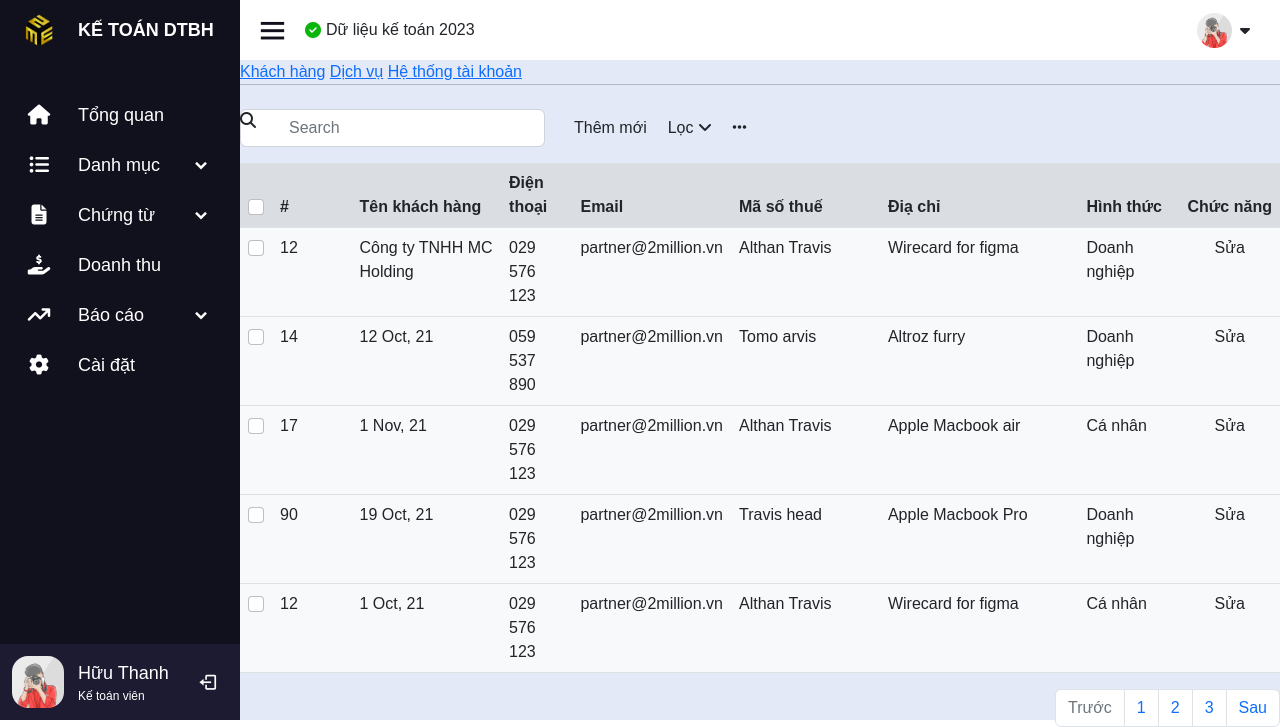
Repository: huuthanhdev/PhanMemKeToan
Page: pages/customer.html
These files come from the project's save history. The page is drawn as it stood at one moment and after the next save; the edit follows.
The browser window is 1280 px wide. The pictures show the whole page.
Some web fonts or font styles are not loaded; a fallback is used. Some web libraries are served in a nearby version.

Above is the page before, as saved 2023-03-24 16:56:48.

### pages/customer.html
<!DOCTYPE html>
  <!-- Coding by CodingLab | www.codinglabweb.com -->
<html lang="en">
<head>
    <meta charset="UTF-8">
    <meta http-equiv="X-UA-Compatible" content="IE=edge">
    <meta name="viewport" content="width=device-width, initial-scale=1.0">
    <link rel="icon" type="png" href="/assets/img/logo 2me.png"/>
    <title>2MILLION</title>
    <!----======== CSS ======== -->
    <link rel="stylesheet" href="/assets/css/style.css">
    <!----===== Boxicons CSS ===== -->
    <link href='https://unpkg.com/boxicons@2.1.1/css/boxicons.min.css' rel='stylesheet'>
    <link rel="stylesheet" href="https://cdnjs.cloudflare.com/ajax/libs/font-awesome/6.1.2/css/all.min.css" integrity="sha512-1sCRPdkRXhBV2PBLUdRb4tMg1w2YPf37qatUFeS7zlBy7jJI8Lf4VHwWfZZfpXtYSLy85pkm9GaYVYMfw5BC1A==" crossorigin="anonymous" referrerpolicy="no-referrer" />
    <!-- bootstrap 5 -->
    <link href="https://cdn.jsdelivr.net/npm/bootstrap@5.2.1/dist/css/bootstrap.min.css" rel="stylesheet"
    integrity="sha384-iYQeCzEYFbKjA/T2uDLTpkwGzCiq6soy8tYaI1GyVh/UjpbCx/TYkiZhlZB6+fzT" crossorigin="anonymous">

</head>
<body>
    <div class="sidebar">
        <div class="logo-details">
          <!-- <i class='bx bxl-c-plus-plus'></i> -->
          <img src="../assets/img/logo 2me.png" alt="" class="logo-img">
          <span class="logo_name">KẾ TOÁN DTBH</span>
        </div>
        <ul class="nav-links">
          <li class="nav-item">
            <a href="../pages/overview.html">
              <i class='fa-solid fa-house'></i>
              <span class="link_name">Tổng quan</span>
            </a>
            <ul class="sub-menu blank">
              <li><a class="link_name" href="../pages/overview.html">Tổng quan</a></li>
            </ul>
          </li>
          <li class="nav-item active">
            <div class="icon-link">
              <a href="../pages/customer.html">
                <i class='fa-solid fa-list-ul' ></i>
                <span class="link_name">Danh mục</span>
              </a>
              <i class='bx bxs-chevron-down arrow' ></i>
            </div>
            <ul class="sub-menu">
              <li><a class="link_name" href="#">Danh mục</a></li>
              <li><a href="../pages/customer.html">Khách hàng</a></li>
              <li><a href="../pages/service.html">Dịch vụ</a></li>
              <li><a href="../pages/account.html">Tài khoản</a></li>
            </ul>
          </li>

          <li class="nav-item">
            <div class="icon-link">
              <a href="#">
                <i class='fa-solid fa-file-lines' ></i>
                <span class="link_name">Chứng từ</span>
              </a>
              <i class='bx bxs-chevron-down arrow' ></i>
            </div>
            <ul class="sub-menu">
              <li><a class="link_name" href="#">Chứng từ</a></li>
              <li><a href="#">Hóa đơn GTGT</a></li>
              <li><a href="#">Phiếu giảm giá HB</a></li>
            </ul>
          </li>

          <li class="nav-item">
            <a href="#">
              <i class='fa-solid fa-hand-holding-dollar' ></i>
              <span class="link_name">Doanh thu</span>
            </a>
            <ul class="sub-menu blank">
              <li><a class="link_name" href="#">Doanh thu</a></li>
            </ul>
          </li>

          <li class="nav-item">
            <div class="icon-link">
              <a href="#">
                <i class='fa-solid fa-arrow-trend-up' ></i>
                <span class="link_name">Báo cáo</span>
              </a>
              <i class='bx bxs-chevron-down arrow' ></i>
            </div>
            <ul class="sub-menu">
              <li><a class="link_name" href="#">Báo cáo</a></li>
              <li><a href="#">Doanh thu theo KH</a></li>
              <li><a href="#">Doanh thu theo DV</a></li>
              <li><a href="#">Tổng hợp Doanh thu</a></li>
              <li><a href="#">Giảm trừ Doanh thu</a></li>
            </ul>
          </li>

          <li class="nav-item">
            <a href="#">
              <i class='fa-solid fa-gear' ></i>
              <span class="link_name">Cài đặt</span>
            </a>
            <ul class="sub-menu blank">
              <li><a class="link_name" href="#">Cài đặt</a></li>
            </ul>
          </li>
          <li>
        <div class="profile-details">
          <div class="profile-content">
            <img src="../assets/img/client2.png" alt="profileImg">
          </div>
          <div class="name-job">
            <div class="profile_name">Hữu Thanh</div>
            <div class="job">Kế toán viên</div>
          </div>
          <i class='bx bx-log-out' ></i>
        </div>
      </li>
    </ul>
      </div>
    <section class="home-section">
      <div class="home-nav">
          <i class='bx bx-menu' ></i>
          <div class="home-text">
              <i class="fa-solid fa-circle-check home-icon"></i>
              <span>Dữ liệu kế toán 2023</span>
          </div>

          <div class="home-info">
              <img src="../assets/img/client2.png" alt="avatar" class="home-avatar">
              <i class="fa-solid fa-caret-down"class="home-icon"></i>
          </div>
      </div>
      <!-- content -->
      <div class="home-content">
        <div class="home-tab">
          <a class="tab-item active" href="/pages/customer.html">Khách hàng</a>
          <a class="tab-item" href="/pages/service.html">Dịch vụ</a>
          <a class="tab-item" href="/pages/account.html">Hệ thống tài khoản</a>
        </div>
        <hr class="mt-0 mb-4">
        <!-- table -->
        <div class="container-fluid mt-0 px-0">
          <div class="mb-3 d-flex justify-content-start align-items-center">
              <div class="position-relative">
                  <span class="position-absolute search"><i class="fa fa-search"></i></span>
                  <input class="form-control w-100 px-5 m-0" placeholder="Search">
              </div>
              <button type="button" class="btn btn-hover-success ms-3">Thêm mới</button>
              <div class="filter px-2">
                  <span>Lọc <i class="fa fa-angle-down"></i></span>
                  <i class="fa fa-ellipsis-h ms-3"></i>
              </div>
          </div>
          <div class="table-responsive">
          <table class="table table-responsive table-hover bg-light">
            <thead>
              <tr style="background-color: #dadee2">
                <th scope="col" width="2%"><input class="form-check-input" type="checkbox"></th>
                <th scope="col" width="8%">#</th>
                <th scope="col" width="15%">Tên khách hàng</th>
                <th scope="col" width="7%">Điện thoại</th>
                <th scope="col" width="13%">Email</th>
                <th scope="col" width="15%">Mã số thuế</th>
                <th scope="col" width="20%">Điạ chỉ</th>
                <th scope="col" width="10%">Hình thức</th>
                <th scope="col" width="10%" class="text-center">Chức năng</th>
              </tr>
            </thead>
            <tbody>
              <tr>
                <th scope="row"><input class="form-check-input" type="checkbox"></th>
                <td>12</td>
                <td>Công ty TNHH MC Holding</td>
                <td>029 576 123</td>
                <td>partner@2million.vn</td>
                <td>Althan Travis</td>
                <td>Wirecard for figma</td>
                <td>Doanh nghiệp</td>
                <td class="text-center">Sửa</td>
              </tr>

              <tr>
                <th scope="row"><input class="form-check-input" type="checkbox"></th>
                <td>14</td>
                <td>12 Oct, 21</td>
                <td>059 537 890</td>
                <td>partner@2million.vn</td>
                <td>Tomo arvis</td>
                <td>Altroz furry</td>
                <td>Doanh nghiệp</td>
                <td class="text-center">Sửa</td>
              </tr>

              <tr>
                <th scope="row"><input class="form-check-input" type="checkbox"></th>
                <td>17</td>
                <td>1 Nov, 21</td>
                <td>029 576 123</td>
                <td>partner@2million.vn</td>
                <td>Althan Travis</td>
                <td>Apple Macbook air</td>
                <td>Cá nhân</td>
                <td class="text-center">Sửa</td>
              </tr>

              <tr>
                <th scope="row"><input class="form-check-input" type="checkbox"></th>
                <td>90</td>
                <td>19 Oct, 21</td>
                <td>029 576 123</td>
                <td>partner@2million.vn</td>
                <td>Travis head</td>
                <td>Apple Macbook Pro</td>
                <td>Doanh nghiệp</td>
                <td class="text-center">Sửa</td>
              </tr>

              <tr>
                <th scope="row"><input class="form-check-input" type="checkbox"></th>
                <td>12</td>
                <td>1 Oct, 21</td>
                <td>029 576 123</td>
                <td>partner@2million.vn</td>
                <td>Althan Travis</td>
                <td>Wirecard for figma</td>
                <td>Cá nhân</td>
                <td class="text-center">Sửa</td>
              </tr>
            </tbody>
          </table>
          </div>
        </div>
        <!-- //table -->
        <!-- pagination -->
        <nav aria-label="Page navigation example">
          <ul class="pagination justify-content-end">
            <li class="page-item disabled">
              <a class="page-link" href="#" tabindex="-1" aria-disabled="true">Trước</a>
            </li>
            <li class="page-item"><a class="page-link" href="#">1</a></li>
            <li class="page-item"><a class="page-link" href="#">2</a></li>
            <li class="page-item"><a class="page-link" href="#">3</a></li>
            <li class="page-item">
              <a class="page-link" href="#">Sau</a>
            </li>
          </ul>
        </nav>
        <!-- //pagination -->

      </div>
    </section>

    <script src="/app.js"></script>

</body>
</html>

### assets/css/style.css
/* Google Fonts Import Link */
@import url("https://fonts.googleapis.com/css2?family=Quicksand:wght@300;400;500;600&display=swap");
* {
  margin: 0;
  padding: 0;
  box-sizing: border-box;
  font-family: "Quicksand", sans-serif;
}
.sidebar{
  position: fixed;
  top: 0;
  left: 0;
  height: 100%;
  width: 240px;
  background: #11101d;
  z-index: 100;
  transition: all 0.5s ease;
}
.sidebar.close{
  width: 78px;
}
.sidebar .logo-details{
  height: 60px;
  width: 100%;
  display: flex;
  align-items: center;
}
.sidebar .logo-details i{
  font-size: 30px;
  color: #fff;
  height: 50px;
  min-width: 78px;
  text-align: center;
  line-height: 50px;
}
/*add logo  */
.sidebar .logo-details img{
  height: 40px;
  min-width: 78px;
  object-fit: contain;
  border-radius: 16px;
  transition: all 0.5s ease;
}

.sidebar .logo-details .logo_name{
  font-size: 18px;
  color: #fff;
  font-weight: 600;
  transition: 0.3s ease;
  transition-delay: 0.1s;
  position: relative;
}
.sidebar.close .logo-details .logo_name{
  transition-delay: 0s;
  opacity: 0;
  pointer-events: none;
}
.sidebar .nav-links{
  height: 100%;
  padding: 30px 0 150px 0;
  overflow: auto;
}
.sidebar.close .nav-links{
  overflow: visible;
}
.sidebar .nav-links::-webkit-scrollbar{
  display: none;
}
.sidebar .nav-links li{
  position: relative;
  list-style: none;
  transition: all 0.4s ease;
}
.sidebar .nav-links li:hover{
  background: #1d1b31;
}
.sidebar .nav-links li .icon-link{
  display: flex;
  align-items: center;
  justify-content: space-between;
}
.sidebar.close .nav-links li .icon-link{
  display: block
}
.sidebar .nav-links li i{
  height: 50px;
  min-width: 78px;
  text-align: center;
  line-height: 50px;
  color: #fff;
  font-size: 20px;
  cursor: pointer;
  transition: all 0.3s ease;
}
.sidebar .nav-links li.showMenu i.arrow{
  transform: rotate(-180deg);
}
.sidebar.close .nav-links i.arrow{
  display: none;
}
.sidebar .nav-links li a{
  display: flex;
  align-items: center;
  text-decoration: none;
}
.sidebar .nav-links li a .link_name{
  font-size: 18px;
  font-weight: 400;
  color: #fff;
  transition: all 0.4s ease;
}
.sidebar.close .nav-links li a .link_name{
  opacity: 0;
  pointer-events: none;
}
.sidebar .nav-links li .sub-menu{
  padding: 6px 6px 14px 80px;
  margin-top: -10px;
  background: #1d1b31;
  display: none;
}
.sidebar .nav-links li.showMenu .sub-menu{
  display: block;
}
.sidebar .nav-links li .sub-menu a{
  color: #fff;
  font-size: 15px;
  padding: 5px 0;
  white-space: nowrap;
  opacity: 0.6;
  transition: all 0.3s ease;
}
.sidebar .nav-links li .sub-menu a:hover{
  opacity: 1;
}
.sidebar.close .nav-links li .sub-menu{
  position: absolute;
  left: 100%;
  top: -10px;
  margin-top: 0;
  padding: 10px 20px;
  border-radius: 0 6px 6px 0;
  opacity: 0;
  display: block;
  pointer-events: none;
  transition: 0s;
}
.sidebar.close .nav-links li:hover .sub-menu{
  top: 0;
  opacity: 1;
  pointer-events: auto;
  transition: all 0.4s ease;
}
.sidebar .nav-links li .sub-menu .link_name{
  display: none;
}
.sidebar.close .nav-links li .sub-menu .link_name{
  font-size: 18px;
  opacity: 1;
  display: block;
}
.sidebar .nav-links li .sub-menu.blank{
  opacity: 1;
  pointer-events: auto;
  padding: 3px 20px 6px 16px;
  opacity: 0;
  pointer-events: none;
}
.sidebar .nav-links li:hover .sub-menu.blank{
  top: 50%;
  transform: translateY(-50%);
}
.sidebar .profile-details{
  position: fixed;
  bottom: 0;
  width: 240px;
  display: flex;
  align-items: center;
  justify-content: space-between;
  background: #1d1b31;
  padding: 12px 0;
  transition: all 0.5s ease;
}
.sidebar.close .profile-details{
  background: none;
}
.sidebar.close .profile-details{
  width: 78px;
}
.sidebar .profile-details .profile-content{
  display: flex;
  align-items: center;
  cursor: pointer;
}
.sidebar .profile-details img{
  height: 52px;
  width: 52px;
  object-fit: cover;
  border-radius: 16px;
  margin: 0 14px 0 12px;
  background: #1d1b31;
  transition: all 0.5s ease;
}
.sidebar.close .profile-details img{
  padding: 10px;
}
.sidebar .profile-details .profile_name,
.sidebar .profile-details .job{
  color: #fff;
  font-size: 18px;
  font-weight: 500;
  white-space: nowrap;
}
/* thêm nowrap */
.sidebar .nav-links .link_name,
.sidebar .logo-details .logo_name{
  white-space: nowrap;
}
/*  */
.sidebar.close .profile-details i,
.sidebar.close .profile-details .profile_name,
.sidebar.close .profile-details .job{
  display: none;
}
.sidebar .profile-details .job{
  font-size: 12px;
}
.home-section{
  position: relative;
  background: #E4E9F7;
  height: 100vh;
  left: 240px;
  width: calc(100% - 240px);
  transition: all 0.5s ease;
}
.sidebar.close ~ .home-section{
  left: 78px;
  width: calc(100% - 78px);
}
.home-section .home-nav{
  height: 60px;
  display: flex;
  align-items: center;
}
.home-section .home-nav .bx-menu,
.home-section .home-nav .text{
  color: #11101d;
  font-size: 35px;
}
.home-section .home-nav .bx-menu{
  margin: 0 15px;
  cursor: pointer;
}
.home-section .home-nav .text{
  font-size: 26px;
  font-weight: 600;
}
@media (max-width: 400px) {
  .sidebar.close .nav-links li .sub-menu{
    display: none;
  }
  .sidebar{
    width: 78px;
  }
  .sidebar.close{
    width: 0;
  }
  .home-section{
    left: 78px;
    width: calc(100% - 78px);
    z-index: 100;
  }
  .sidebar.close ~ .home-section{
    width: 100%;
    left: 0;
  }
}
/* nav fixed */
.home {
  position: fixed;
}
.home-nav {
  display: flex;
  justify-content: flex-start;
  margin-top: auto;
  width: 100%;
  height: 60px;
  background-color: white;
}
.home-info, .home-text {
  display: flex;
  align-items: center;
  justify-content: space-between;
}
.home-icon {
  color: #11101d;
}
.home-text .home-icon {
  color: rgb(12, 181, 12);
  padding-right: 5px;
}
.home-avatar {
  width: 35px;
  height: 35px;
  border-radius: 50%;
  object-fit: cover;
  margin-right: 8px;
}
.home-info{
  margin-left: auto;
  padding-right: 30px;
  cursor: pointer;
}

### app.js
let arrow = document.querySelectorAll(".arrow");
  for (var i = 0; i < arrow.length; i++) {
    arrow[i].addEventListener("click", (e)=>{
   let arrowParent = e.target.parentElement.parentElement;//selecting main parent of arrow
   arrowParent.classList.toggle("showMenu");
    });
  }
  let sidebar = document.querySelector(".sidebar");
  let sidebarBtn = document.querySelector(".bx-menu");
  console.log(sidebarBtn);
  sidebarBtn.addEventListener("click", ()=>{
    sidebar.classList.toggle("close");
  });

After the next save:
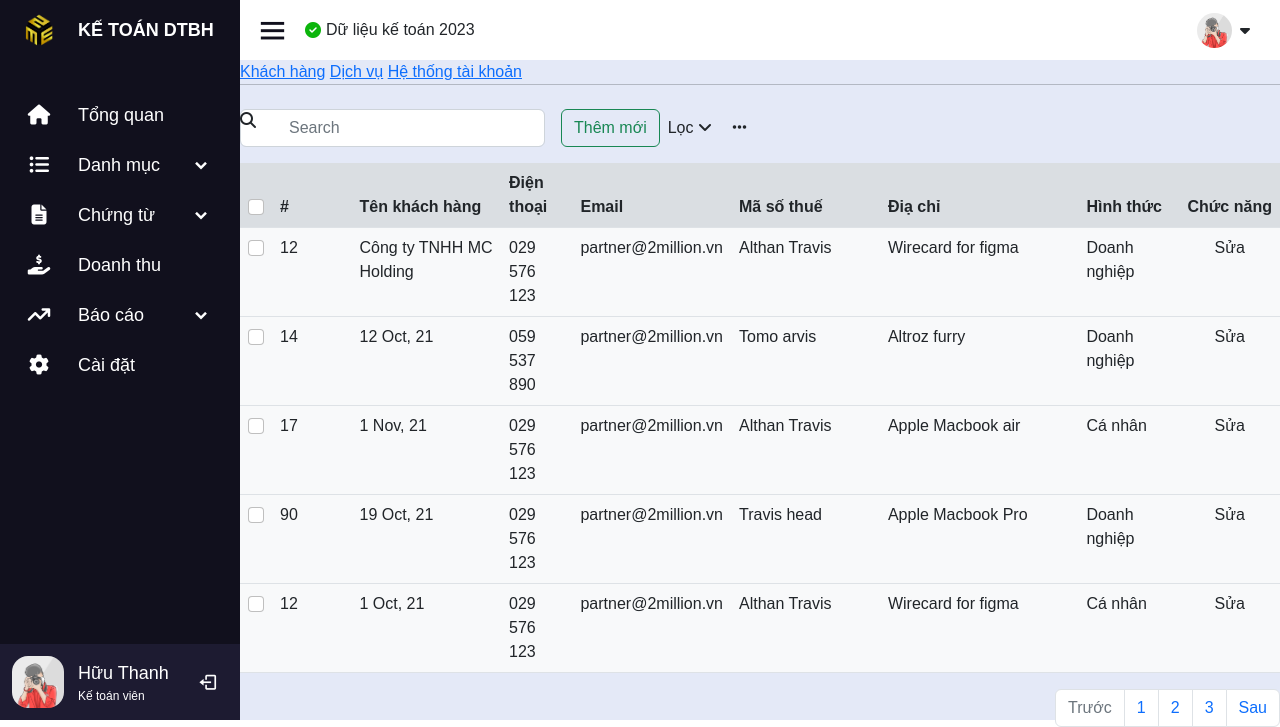
Saved 16 s later.
--- a/pages/customer.html
+++ b/pages/customer.html
@@ -143,7 +143,7 @@
                   <span class="position-absolute search"><i class="fa fa-search"></i></span>
                   <input class="form-control w-100 px-5 m-0" placeholder="Search">
               </div>
-              <button type="button" class="btn btn-hover-success ms-3">Thêm mới</button>
+              <button type="button" class="btn btn-outline-success ms-3">Thêm mới</button>
               <div class="filter px-2">
                   <span>Lọc <i class="fa fa-angle-down"></i></span>
                   <i class="fa fa-ellipsis-h ms-3"></i>
